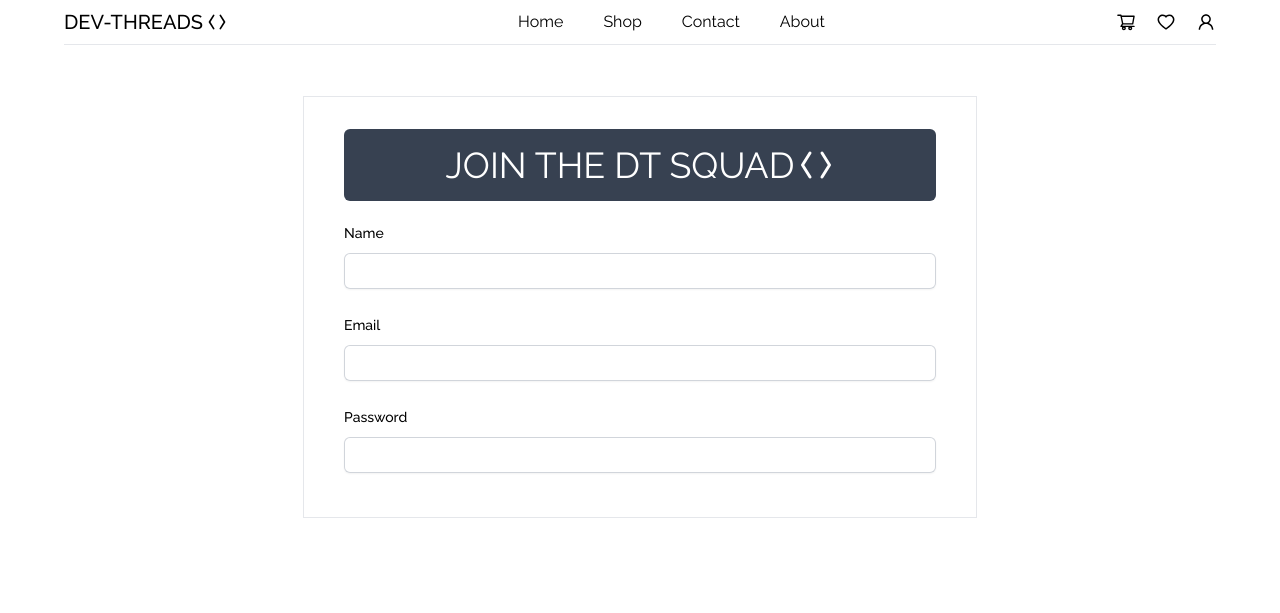
Repository: DevAntonioRogers/next14-devthreads-ecommerce
Page: /sign-up
An editor plug-in stored every save of this project. The page is shown before and after the next save, followed by the edit.
The browser window is 1280 px wide. The pictures show the whole page.
The page's requests for data from a server got no answer. The project was rebuilt for these pictures with package versions that can differ from the ones it lists, and the page was loaded fresh each time. The framework's server and built-in components were replaced by stand-ins that run in the browser. No one was signed in, and anything a server would have sent is missing. Also part of the build but not shown: next.config.js.

Above is the page before, as saved 2024-01-16 10:11:15.

### app/layout.tsx
import type { Metadata } from "next";
import { Raleway } from "next/font/google";
import "./globals.css";
import Navbar from "@/components/Navbar";
import AuthContext from "@/context/AuthContext";
import getCurrentUser from "./(auth)/actions/getCurrentUser";

const raleway = Raleway({
  subsets: ["latin"],
  weight: ["200", "300", "400", "500", "600", "700", "900"],
});

export const metadata: Metadata = {
  title: "Dev-Threads",
  description: "E-commerce Website",
};

export default async function RootLayout({
  children,
}: {
  children: React.ReactNode;
}) {
  const user = await getCurrentUser();
  return (
    <html lang="en">
      <body className={raleway.className}>
        <AuthContext>
          <Navbar user={user!} />
          {children}
        </AuthContext>
      </body>
    </html>
  );
}

### app/(auth)/sign-up/page.tsx
import SignUpForm from "../components/SignUpForm";

const page = () => {
  return (
    <div className="py-5">
      <SignUpForm />
    </div>
  );
};

export default page;

### app/globals.css
@tailwind base;
@tailwind components;
@tailwind utilities;

@layer styles {
  .main-container {
    @apply w-[90%] max-w-[1400px] mx-auto;
  }
}

### components/Navbar.tsx
"use client";
import { useState } from "react";
import Link from "next/link";
import { signOut } from "next-auth/react";
import { mainLinks } from "@/constants";
import { userLinks } from "@/constants";
import { User } from "@prisma/client";

//icons
import {
  AiOutlineUser,
  AiOutlineShoppingCart,
  AiOutlineHeart,
} from "react-icons/ai";
import { FiMenu } from "react-icons/fi";
import { MdClose } from "react-icons/md";
import { TbBracketsAngle } from "react-icons/tb";

interface NavbarProps {
  user: User;
}

const Navbar: React.FC<NavbarProps> = ({ user }) => {
  const [openMobileMenu, setOpenMobileMenu] =
    useState(false);
  const [openUserMenu, setOpenUserMenu] = useState(false);

  const mobileMenuHandler = () => {
    setOpenMobileMenu(!openMobileMenu);
  };

  const userMenuHandler = () => {
    setOpenUserMenu(!openUserMenu);
  };
  return (
    <nav>
      <div className="main-container border-b border-1 flex justify-between items-center py-2 relative">
        <Link href={"/"}>
          <div className="flex gap-1 items-center text-xl font-medium text-black">
            <h1>DEV-THREADS</h1>
            <TbBracketsAngle />
          </div>
        </Link>

        <ul className="flex gap-10 max-md:hidden">
          {mainLinks.map((link) => (
            <Link href={link.route}>
              <li>{link.label}</li>
            </Link>
          ))}
        </ul>

        <div className="flex gap-5 text-xl [&>*]:cursor-pointer">
          <AiOutlineShoppingCart />
          <AiOutlineHeart />
          <div
            className="max-md:hidden"
            onClick={userMenuHandler}
          >
            <AiOutlineUser />
          </div>
          <div
            className="md:hidden"
            onClick={mobileMenuHandler}
          >
            {openMobileMenu ? <MdClose /> : <FiMenu />}
          </div>
        </div>

        {/* USER MENU */}
        {openUserMenu && (
          <div className="z-10 absolute right-0 top-[40px] w-28 bg-gray-700 shadow-md rounded-md p-4 text-white max-md:hidden text-center">
            {!user ? (
              <ul>
                <Link href={"/sign-in"}>
                  <li>Log In</li>
                </Link>
                <Link href={"/sign-up"}>
                  <li>Sign Up</li>
                </Link>
              </ul>
            ) : (
              <ul>
                {userLinks.map((link) => (
                  <Link href={link.route}>
                    <li>{link.label}</li>
                  </Link>
                ))}
                <li
                  className="cursor-pointer"
                  onClick={() => signOut()}
                >
                  Sign Out
                </li>
              </ul>
            )}
          </div>
        )}
      </div>

      {/* MOBILE MENU */}
      {openMobileMenu && (
        <div className="md:hidden">
          <div className="absolute right-5 w-48 bg-gray-700 py-5 shadow-md rounded-md p-4 text-white text-center z-[99999]">
            <ul className="flex flex-col gap-5">
              {mainLinks.map((link) => (
                <Link href={link.route}>
                  <li>{link.label}</li>
                </Link>
              ))}
              {!user ? (
                <>
                  <Link href={"/sign-in"}>
                    <li>Log In</li>
                  </Link>
                  <Link href={"/sign-up"}>
                    <li>Sign Up</li>
                  </Link>
                </>
              ) : (
                <>
                  {userLinks.map((link) => (
                    <Link href={link.route}>
                      <li>{link.label}</li>
                    </Link>
                  ))}
                  <li
                    className="cursor-pointer"
                    onClick={() => signOut()}
                  >
                    Sign Out
                  </li>
                </>
              )}
            </ul>
          </div>
        </div>
      )}
    </nav>
  );
};

export default Navbar;

### context/AuthContext.tsx
"use client";

import { SessionProvider } from "next-auth/react";

export interface AuthContextProps {
  children: React.ReactNode;
}

export default function AuthContext({
  children,
}: AuthContextProps) {
  return <SessionProvider>{children}</SessionProvider>;
}

### app/(auth)/actions/getCurrentUser.tsx
import prisma from "@/lib/prismadb";
import getUserSession from "./getUserSession";

const getCurrentUser = async () => {
  try {
    const session = await getUserSession();

    if (!session?.user?.email) {
      return null;
    }

    const currentUser = await prisma.user.findUnique({
      where: {
        email: session.user.email as string,
      },
    });

    if (!currentUser) {
      return null;
    }

    return currentUser;
  } catch (error: any) {
    return null;
  }
};

export default getCurrentUser;

### app/(auth)/components/SignUpForm.tsx
"use client";

import { TbBracketsAngle } from "react-icons/tb";
import Input from "@/components/ui/Input";
import { useState } from "react";

const SignUpForm = () => {
  const [isSubmitting, setIsSubmitting] = useState(false);
  return (
    <div className="mt-8 sm:mx-auto sm:w-full sm:max-w-2xl md:outline outline-1 outline-gray-200">
      <div className="px-4 py-8 sm:rounded-lg sm:px-10">
        <div className="md:text-4xl sm:text-2xl mb-5 uppercase w-full text-center flex items-center text-white gap-1 justify-center bg-gray-700 py-4 rounded-md">
          <h1>Join the DT Squad</h1>
          <TbBracketsAngle />
        </div>

        <form className="space-y-6 mb-3">
          <Input
            type="text"
            id="name"
            label="Name"
            disabled={isSubmitting}
          />
          <Input
            type="email"
            id="email"
            label="Email"
            disabled={isSubmitting}
          />
          <Input
            type="password"
            id="password"
            label="Password"
            disabled={isSubmitting}
          />
        </form>
      </div>
    </div>
  );
};

export default SignUpForm;

### constants/index.ts
export const mainLinks = [
  {
    route: "/",
    label: "Home",
  },
  {
    route: "/shop",
    label: "Shop",
  },
  {
    route: "/contact",
    label: "Contact",
  },
  {
    route: "/",
    label: "About",
  },
];


export const userLinks = [
  {
    route: "/dashboard",
    label: "Orders",
  },
  {
    route: "/wishlist",
    label: "Wishlist",
  },
];

### app/(auth)/actions/getUserSession.tsx
import { getServerSession } from "next-auth";
import { authOptions } from "../api/[...nextauth]/route";

export default async function getUserSession() {
  return await getServerSession(authOptions);
}

### components/ui/Input.tsx
import clsx from "clsx";

interface InputProps {
  label: string;
  id: string;
  type: string;
  disabled?: boolean;
}

const Input: React.FC<InputProps> = ({
  label,
  id,
  type,
  disabled,
}) => {
  return (
    <div>
      <label
        htmlFor={id}
        className="block text-sm font-medium leading-6"
      >
        {label}
      </label>
      <div className="mt-2">
        <input
          disabled={disabled}
          name={id}
          required
          id={id}
          type={type}
          autoComplete={id}
          className={clsx(
            `block w-full rounded-md border-0 px-1 py-1.5 text-gray-900 shadow-sm ring-1 ring-inset ring-gray-300 placeholder:text-gray-400 focus:ring-2 focus:ring-inset focus:ring-gray-500 sm:text-sm sm:leading-6`,
            disabled && "opacity-50 cursor-default"
          )}
        />
      </div>
    </div>
  );
};

export default Input;

### app/(auth)/api/[...nextauth]/route.ts
import bcrypt from "bcrypt";
import NextAuth, { AuthOptions } from "next-auth";
import CredentialsProvider from "next-auth/providers/credentials";
import { PrismaAdapter } from "@next-auth/prisma-adapter";
import prisma from "@/lib/prismadb";

export const authOptions: AuthOptions = {
  adapter: PrismaAdapter(prisma),
  providers: [
    CredentialsProvider({
      name: 'credentials',
      credentials: {
        email: { label: 'email', type: 'text' },
        password: { label: 'password', type: 'password' }
      },
      async authorize(credentials) {
        if (!credentials?.email || !credentials?.password) {
          throw new Error('Invalid credentials');
        }

        const user = await prisma.user.findUnique({
          where: {
            email: credentials.email
          }
        });

        if (!user || !user?.hashedPassword) {
          throw new Error('Invalid credentials');
        }

        const isCorrectPassword = await bcrypt.compare(
          credentials.password,
          user.hashedPassword
        );

        if (!isCorrectPassword) {
          throw new Error('Invalid credentials');
        }

        return user;
      }
    })
  ],

  pages: {
    signIn: "/sign-in",
  },

  session: {
    strategy: "jwt",
  },

  secret: process.env.NEXTAUTH_SECRET,
};

const handler = NextAuth(authOptions);

export { handler as GET, handler as POST };

### components/ui/Button.tsx
"use client";

import { useFormStatus } from "react-dom";

interface ButtonProps {
  type?: "button" | "submit" | "reset";
  children?: React.ReactNode;
  onClick?: React.MouseEventHandler<HTMLButtonElement>;
  disabled?: boolean;
}

const Button: React.FC<ButtonProps> = ({
  type,
  children,
  onClick,
  disabled,
}) => {
  const { pending } = useFormStatus();

  return (
    <button
      disabled={disabled}
      onClick={onClick}
      type={type}
      aria-disabled={pending}
      className="bg-gray-700 text-white py-1 px-3 shadow rounded-md"
    >
      {children}
    </button>
  );
};

export default Button

Loaded but not shown: lib/prismadb.ts (common file); tailwind.config.ts (common file)

After the next save:
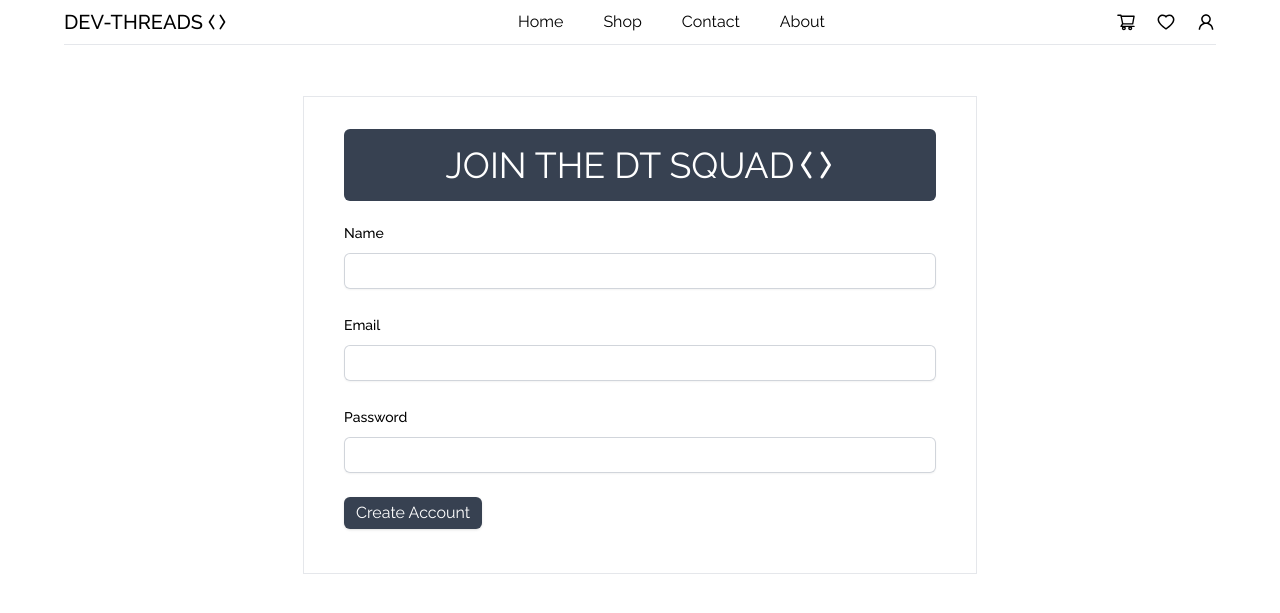
Saved 32 s later.
--- a/app/(auth)/components/SignUpForm.tsx
+++ b/app/(auth)/components/SignUpForm.tsx
@@ -3,6 +3,7 @@
 import { TbBracketsAngle } from "react-icons/tb";
 import Input from "@/components/ui/Input";
 import { useState } from "react";
+import Button from "@/components/ui/Button";
 
 const SignUpForm = () => {
   const [isSubmitting, setIsSubmitting] = useState(false);
@@ -33,6 +34,7 @@
             label="Password"
             disabled={isSubmitting}
           />
+          <Button type="submit">Create Account</Button>
         </form>
       </div>
     </div>
